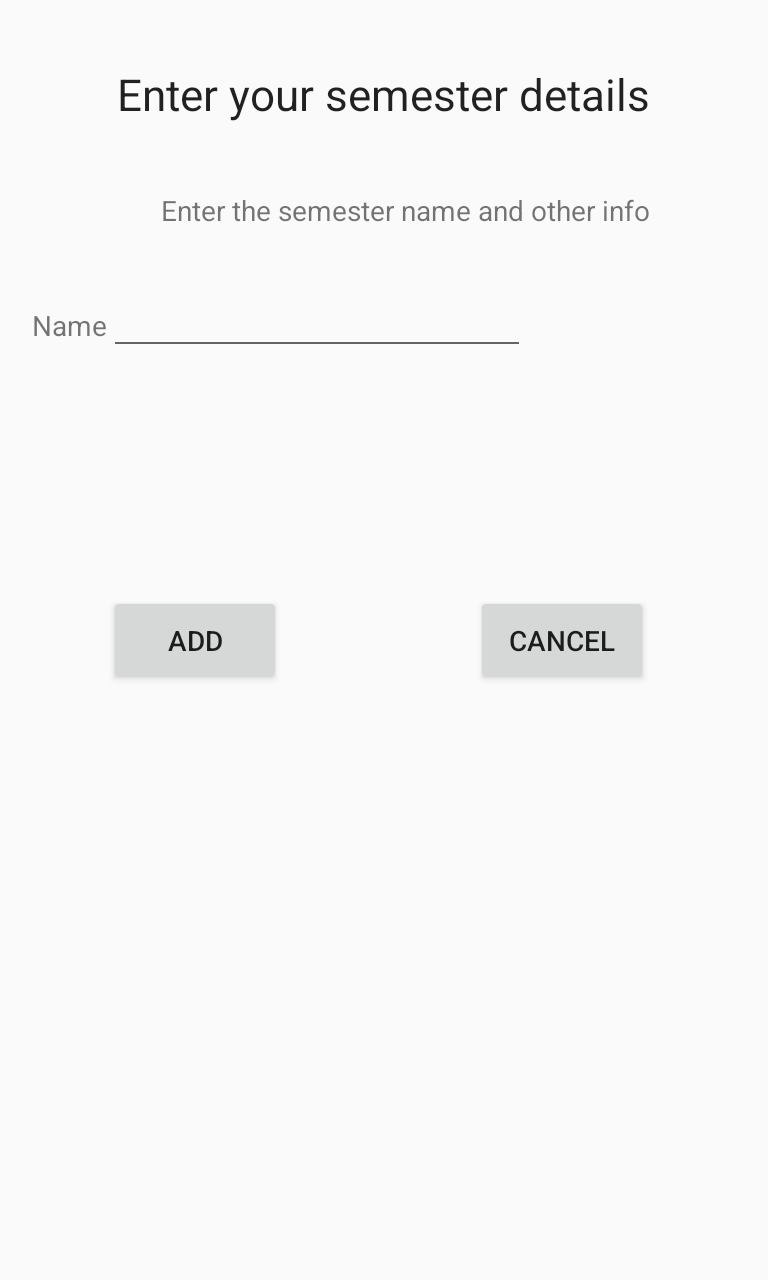
Repository: TeamZhao/Assignment-Tracker
Layout: AssignmentTracker/res/layout/activity_main.xml
These files come from the project's save history. The layout is drawn as it stood at one moment and after the next save; the edit follows.
It is drawn on a 768 x 1280 px phone screen (xhdpi) without system bars, with theme AppTheme; the app's code is not run.

Above is the layout before, as saved 2014-10-10 21:16:54.

After the next save:
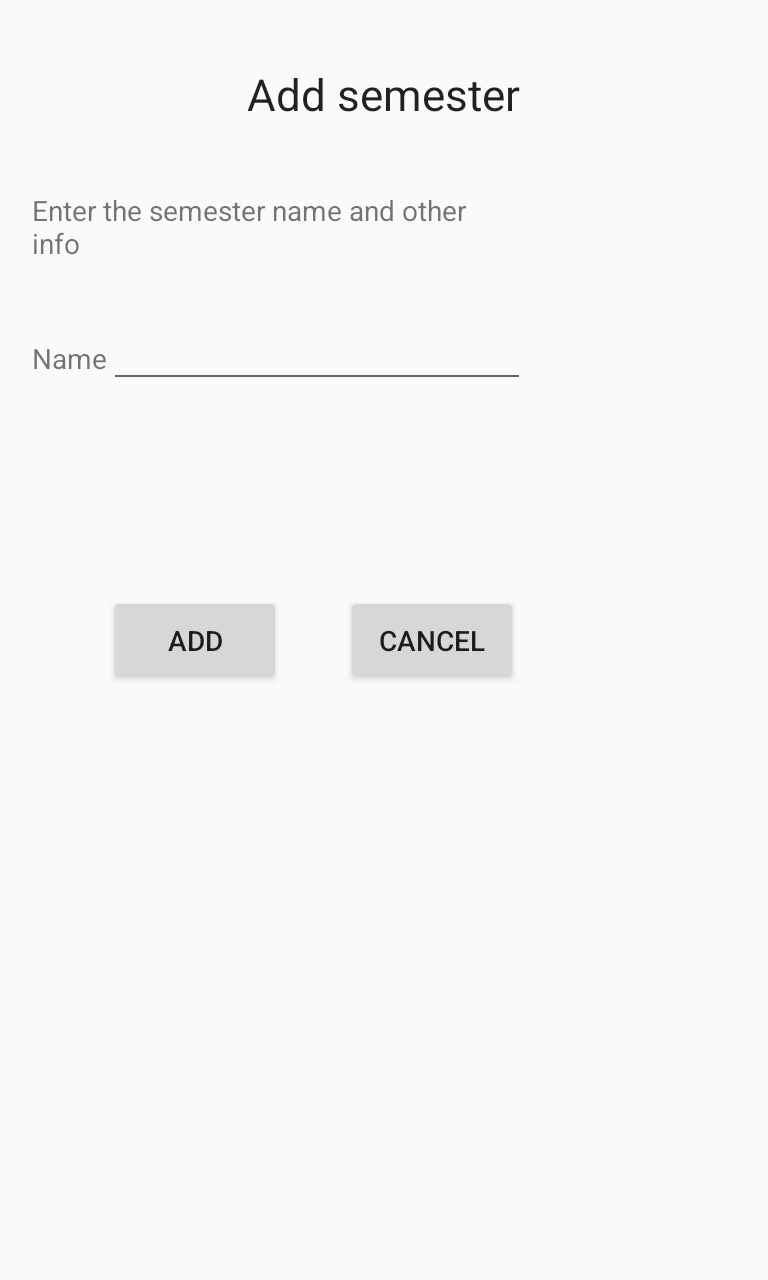
Saved 43 s later.
--- a/AssignmentTracker/res/values/strings.xml
+++ b/AssignmentTracker/res/values/strings.xml
@@ -4,7 +4,7 @@
     <string name="app_name">Assignment Tracker</string>
     <string name="hello_world">Hello world!</string>
     <string name="action_settings">Settings</string>
-	<string name="semesterDetails">Enter your semester details</string>
+	<string name="semesterDetails">Add semester</string>
     <string name="semesterNo">Enter your semester number</string>
     <string name="semesterName">Enter the semester name and other info</string>
     <string name="addSemester">Add</string>
